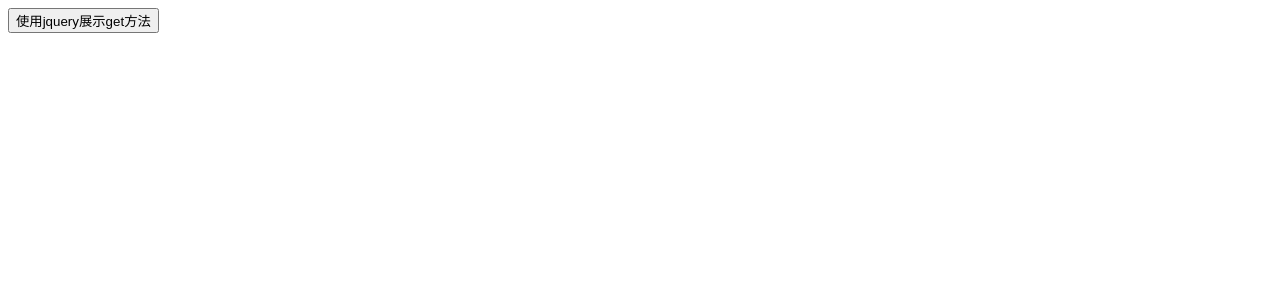
Repository: ChengqunYang/JAVA
Page: http://localhost/ajax/Demo6.jsp
These files come from the project's save history. The page is drawn as it stood at one moment and after the next save; the edit follows.
The browser window is 1280 px wide. The pictures show the whole page.
The page is served by Tomcat 9.

Above is the page before, as saved 2019-04-23 09:32:17.

After the next save:
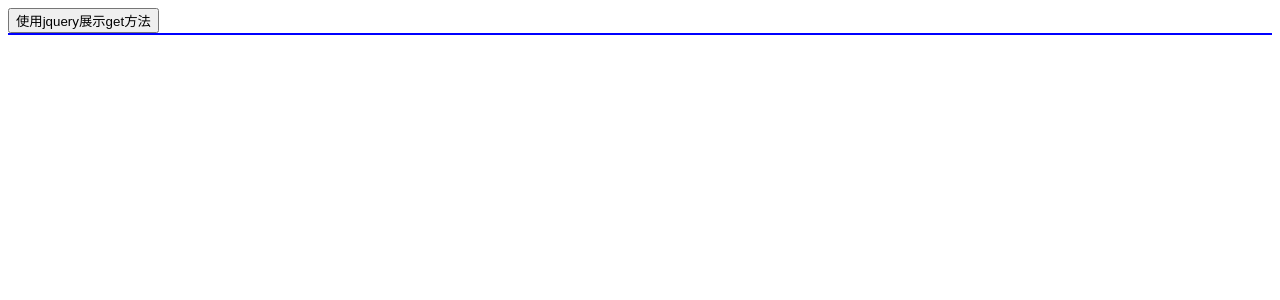
Saved 48 s later.
--- a/ajax/WebContent/Demo6.jsp
+++ b/ajax/WebContent/Demo6.jsp
@@ -9,6 +9,6 @@
 </head>
 <body>
 	<input type="button" onclick="get()" value="使用jquery展示get方法">
-	<div id = "div01" style="width :100; height: 100"></div>
+	<div id = "div01" style="width :100; height: 100; border: 1px solid blue;"></div>
 </body>
 </html>
